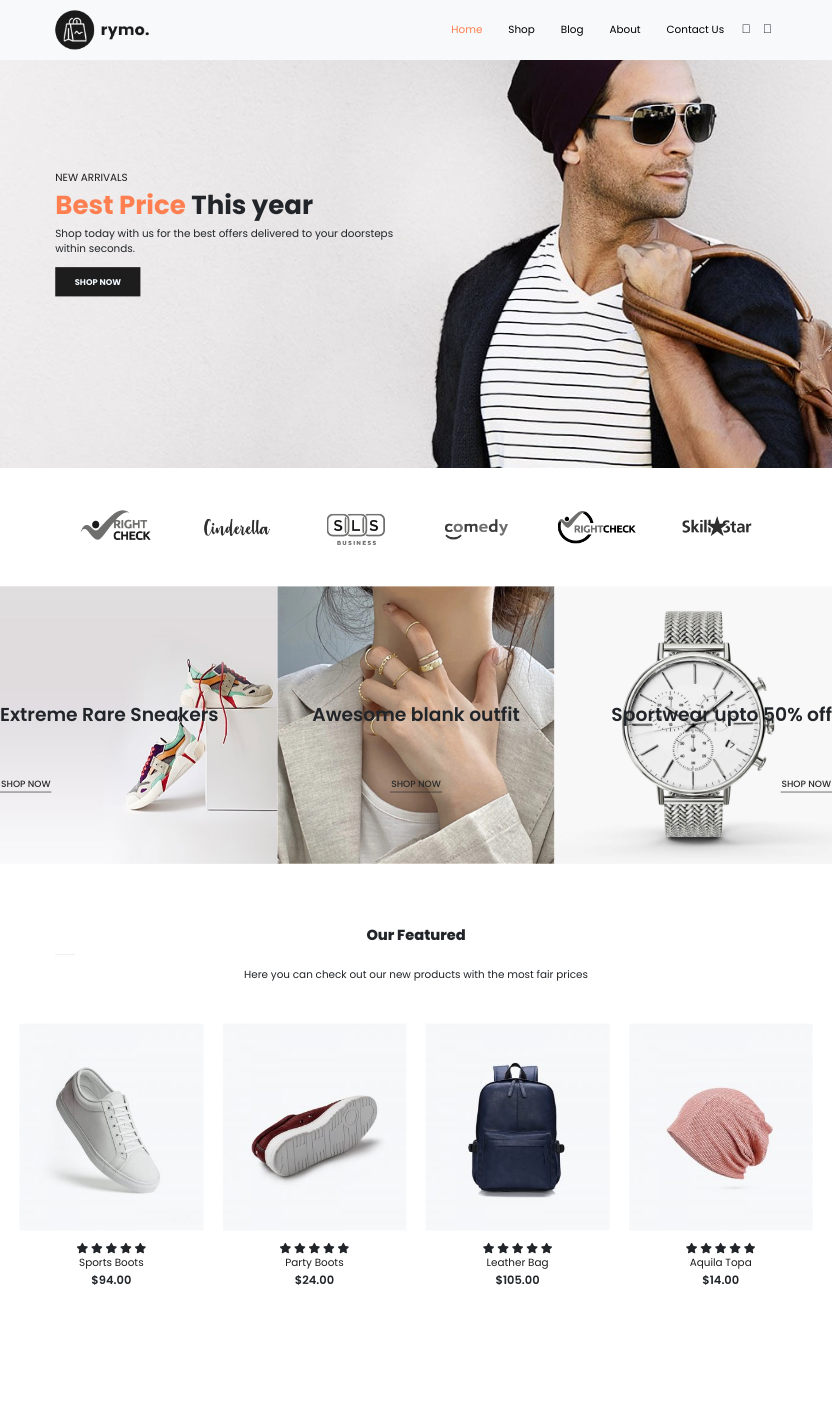
Repository: peter417waweru/e-commerce-UI
Page: index.html
These files come from the project's save history. The page is drawn as it stood at one moment and after the next save; the edit follows.
The browser window is 1280 px wide. The pictures show the whole page, at 65% of full size.
The pointer rests on the first visible `.product`.
Some web libraries are served in a nearby version.

Above is the page before, as saved 2025-02-07 23:25:26.

### index.html
<!DOCTYPE html>
<html lang="en">

    <head>
        <meta charset="UTF-8">
        <meta http-equiv="X-UA-Compatible" content="IE=edge">
        <meta name="viewport" content="width=device-width, initial-scale=1.0">
        <title>Ecommerce Website1</title>

        <link rel="stylesheet" href="https://cdn.jsdelivr.net/npm/bootstrap@4.1.3/dist/css/bootstrap.min.css"
         integrity="sha384-MCw98/SFnGE8fJT3GXwEOngsV7Zt27NXFoaoApmYm81iuXoPkFOJwJ8ERdknLPMO" crossorigin="anonymous">

        <link rel="stylesheet" href="https://pro.fontawesome.com/releases/v5.10.0/css/all.css" />

        <link rel="stylesheet" href="./style.css">
    </head>

    <body>

        <nav class="navbar navbar-expand-lg navbar-light bg-light py-3 fixed-top">
            <div class="container">
              <img src="img/logo1.png" alt="">
              <button class="navbar-toggler" type="button" data-bs-toggle="collapse" data-bs-target="#navbarSupportedContent" aria-controls="navbarSupportedContent" aria-expanded="false" aria-label="Toggle navigation">
                <span><i id="bar" class="fas fa-bars"></i></span>
              </button>
              <div class="collapse navbar-collapse" id="navbarSupportedContent">
                <ul class="navbar-nav ml-auto">
                  <li class="nav-item">
                    <a class="nav-link active" aria-current="page" href="#">Home</a>
                  </li>
                  <li class="nav-item">
                    <a class="nav-link" aria-current="page" href="#">Shop</a>
                  </li>
                  <li class="nav-item">
                    <a class="nav-link" aria-current="page" href="#">Blog</a>
                  </li>
                  <li class="nav-item">
                    <a class="nav-link" aria-current="page" href="#">About</a>
                  </li>
                  <li class="nav-item">
                    <a class="nav-link" aria-current="page" href="#">Contact Us</a>
                  </li>
                  <li class="nav-item">
                    <i class="fal fa-search"></i>
                    <i class="fal fa-shopping-bag"></i>
                  </li>


                </ul>

              </div>
            </div>
        </nav>


        <section id="home">
          <div class="container">
            <h5>NEW ARRIVALS</h5>
            <h1><span>Best Price</span> This year</h1>
            <p>Shop today with us for the best offers delivered to your doorsteps <br>
               within seconds.
            </p>
            <button>Shop Now</button>
          </div>
        </section>

        <section id="brand" class="container">
          <div class="row m-0 py-5">
            <img class="img-fluid col-lg-2 col-md-4 col-sm-6" src="img/brand/1.png" alt="">
            <img class="img-fluid col-lg-2 col-md-4 col-sm-6" src="img/brand/2.png" alt="">
            <img class="img-fluid col-lg-2 col-md-4 col-sm-6" src="img/brand/3.png" alt="">
            <img class="img-fluid col-lg-2 col-md-4 col-sm-6" src="img/brand/4.png" alt="">
            <img class="img-fluid col-lg-2 col-md-4 col-sm-6" src="img/brand/5.png" alt="">
            <img class="img-fluid col-lg-2 col-md-4 col-sm-6" src="img/brand/6.png" alt="">
          </div>
        </section>

        <section id="new" class="w-100">
          <div class="row p-0 m-0">
            <div class="one col-lg-4 col-md-12 col-sm-12 p-0">
              <img class="img-fluid" src="img/new/1.jpg" alt="">
              <div class="details">
                <h2>Extreme Rare Sneakers</h2>
                <button class="text-uppercase">shop now</button>
              </div>
            </div>
            <div class="one col-lg-4 col-md-12 col-sm-12 p-0">
              <img class="img-fluid" src="img/new/5.jpg" alt="">
              <div class="details">
                <h2>Awesome blank outfit</h2>
                <button class="text-uppercase">shop now</button>
              </div>
            </div>
            <div class="one col-lg-4 col-md-12 col-sm-12 p-0">
              <img class="img-fluid" src="img/new/3.jpg" alt="">
              <div class="details">
                <h2>Sportwear upto 50% off</h2>
                <button class="text-uppercase">shop now</button>
              </div>
            </div>
          </div>
        </section>

        <section id="featured" class="my-5 pb-5">
          <div class="container text-center mt-5 py-5">
            <h3>Our Featured</h3>
            <hr>
            <p>Here you can check out our new products with the most fair prices</p>
          </div>
          <div class="row mx-auto container-fluid">
            <div class="product text-center col-lg-3 col-md-4 col-12">
              <img class="img-fluid mb-3" src="img/featured/1.jpg" alt="">
              <div class="star">
                <i class="fas fa-star"></i>
                <i class="fas fa-star"></i>
                <i class="fas fa-star"></i>
                <i class="fas fa-star"></i>
                <i class="fas fa-star"></i>
              </div>
              <h5 class="p-name">Sports Boots</h5>
              <h4 class="p-price">$94.00</h4>
              <button class="buy-btn">Buy Now</button>
            </div>
            <div class="product text-center col-lg-3 col-md-4 col-12">
              <img class="img-fluid mb-3" src="img/featured/2.jpg" alt="">
              <div class="star">
                <i class="fas fa-star"></i>
                <i class="fas fa-star"></i>
                <i class="fas fa-star"></i>
                <i class="fas fa-star"></i>
                <i class="fas fa-star"></i>
              </div>
              <h5 class="p-name">Party Boots</h5>
              <h4 class="p-price">$24.00</h4>
              <button class="buy-btn">Buy Now</button>
            </div>
            <div class="product text-center col-lg-3 col-md-4 col-12">
              <img class="img-fluid mb-3" src="img/featured/3.jpg" alt="">
              <div class="star">
                <i class="fas fa-star"></i>
                <i class="fas fa-star"></i>
                <i class="fas fa-star"></i>
                <i class="fas fa-star"></i>
                <i class="fas fa-star"></i>
              </div>
              <h5 class="p-name">Leather Bag</h5>
              <h4 class="p-price">$105.00</h4>
              <button class="buy-btn">Buy Now</button>
            </div>
            <div class="product text-center col-lg-3 col-md-4 col-12">
              <img class="img-fluid mb-3" src="img/featured/4.jpg" alt="">
              <div class="star">
                <i class="fas fa-star"></i>
                <i class="fas fa-star"></i>
                <i class="fas fa-star"></i>
                <i class="fas fa-star"></i>
                <i class="fas fa-star"></i>
              </div>
              <h5 class="p-name">Aquila Topa</h5>
              <h4 class="p-price">$14.00</h4>
              <button class="buy-btn">Buy Now</button>
            </div>
          </div>
        </section>


        <script src="https://cdn.jsdelivr.net/npm/@popperjs/core@2.9.1/dist/umd/popper.min.js"
            integrity="sha384-SR1sx49pcuLnqZUnnPwx6FCym0wLsk5JZuNx2bPPENzswTNFaQU1RDvt3wT4gWFG"
            crossorigin="anonymous"></script>
        <script src="https://cdn.jsdelivr.net/npm/bootstrap@5.0.0-beta3/dist/js/bootstrap.min.js"
            integrity="sha384-j0CNLUeiqtyaRmlzUHCPZ+Gy5fQu0dQ6eZ/xAww941Ai1SxSY+0EQqNXNE6DZiVc"
            crossorigin="anonymous"></script>
    </body>

</html>

### style.css
@import url("https://fonts.googleapis.com/css2?family=Poppins:wght@100;200;300;400;500;600;700;800;900&display=swap");
* {
  margin: 0;
  padding: 0;
  box-sizing: border-box;
}

body {
  font-family: "Poppins", sans-serif;
}

h1 {
  font-size: 2.5rem;
  font-weight: 700;
}

h2 {
  font-size: 1.8rem;
  font-weight: 600;
}

h3 {
  font-size: 1.4rem;
  font-weight: 800;
}

h4 {
  font-size: 1.1rem;
  font-weight: 600;
}

h5 {
  font-size: 1rem;
  font-weight: 400;
  color: #1d1d1d;
}

h6 {
  color: #d8d8d8;
}

button {
  font-size: 0.8rem;
  font-weight: 700;
  outline: none;
  border: none;
  background-color: #1d1d1d;
  color: aliceblue;
  padding: 13px 30px;
  cursor: pointer;
  text-transform: uppercase;
  transition: 0.3s ease;
}

button:hover {
  background-color: #3a3833;
}

hr {
  width: 30px;
  height: 2px;

}

.navbar {
  font-size: 16px;
  background-color: #d8d8d8;
  top: 0;
  left: 0;
}

.navbar-light .navbar-nav .nav-link{
  padding: 0 20px;
  color: black;
  transition: 0.3s ease;
}

.navbar-light .navbar-nav .nav-link:hover,
.navbar i:hover,
.navbar-light .navbar-nav .nav-link.active,
.navbar i.active
{
  color: coral;
}



.navbar i{
  font-size: 1.2rem;
  padding: 0 7px;
  cursor: pointer;
  transition: 0.3s ease;
}

/* Mobile Nav*/


.navbar-light .navbar-toggler{
  border: none;
  outline: none;
}

#bar {
  font-size: 1.5rem;
  padding: 7px;
  cursor: pointer;
  font-weight: 500;
  color: black;
  transition: 0.3s ease;
}

#bar:hover,
#bar.active{
  color: #fff;
}

@media only screen and (max-width: 990px) {

  body > nav > div > button:hover ,
  body > nav > div > button:focus {
    background-color: #fb774b;
  }

  body > nav > div > button:hover #bar,
  body > nav > div > button:focus #bar {
    background-color: #fb774b;
  }

  #navbarSupportedContent > ul {
    margin: 1rem;
    justify-content: flex-end;
    align-items: flex-end;
    text-align: right;
  }

  #navbarSupportedContent > ul > li:nth-child(n) > a {
    padding: 10px 0;
  }
}


#home {
  background-image: url("img/back.jpg");
  width: 100%;
  height: 100vh;
  background-size: cover;
  background-position: top 70px center;
  display: flex;
  flex-direction: column;
  align-items: flex-start;
  justify-content: center;

}

#home span{
  color: coral;
}

#new .row .one img{
  width: 100%;
  height: 100%;
  background-position: center center;
  background-repeat: no-repeat;
  background-size: cover;
  position: relative;
}


#new .row .one .details{
  position: absolute;
  width: 100%;
  height: 100%;
  top: 0;
  left: 0;
  transition: 0.3s ease;
}

#new .row .one:hover .details{
  cursor: pointer;
  background-color: rgba(255, 178, 178, 0.8);
}

#new .row .one .details button{
 display: inline-block;
 font-size: 14px;
 font-weight: 500;
 color: #2a2a2a;
 background: none;
 text-transform: uppercase;
 border-bottom: 1px solid #2a2a2a;
 padding: 1.5px;
 transform: translateY(70px);
 transition: 0.3s ease;
}

#new .row .one .details button:hover{
  cursor: pointer;
  color: #fff;
  border-bottom: 1px solid #fff;
}

#new .row .one:nth-child(1) .details{
  display: flex;
  justify-content: center;
  flex-direction: column;
  align-items: flex-start;
  text-align: start;
}

#new .row .one:nth-child(2) .details{
  display: flex;
  justify-content: center;
  flex-direction: column;
  align-items: center;
  text-align: center;
}

#new .row .one:nth-child(3) .details{
  display: flex;
  justify-content: center;
  flex-direction: column;
  align-items: flex-end;
  text-align: end;
}

/*Products*/

.product {
  cursor: pointer;
  margin-bottom: 2rem;
}

.product img{
  transition: 0.3s all;
}

.product img:hover{
  opacity: 0.7;
}

.product .buy-btn{
  background: #fb774b;
  transform: translateY(20px);
  opacity: 0;
  transition: 0.3s all;
}
.product:hover{
  transform: translateY(0px);
  opacity: 1;
}

After the next save:
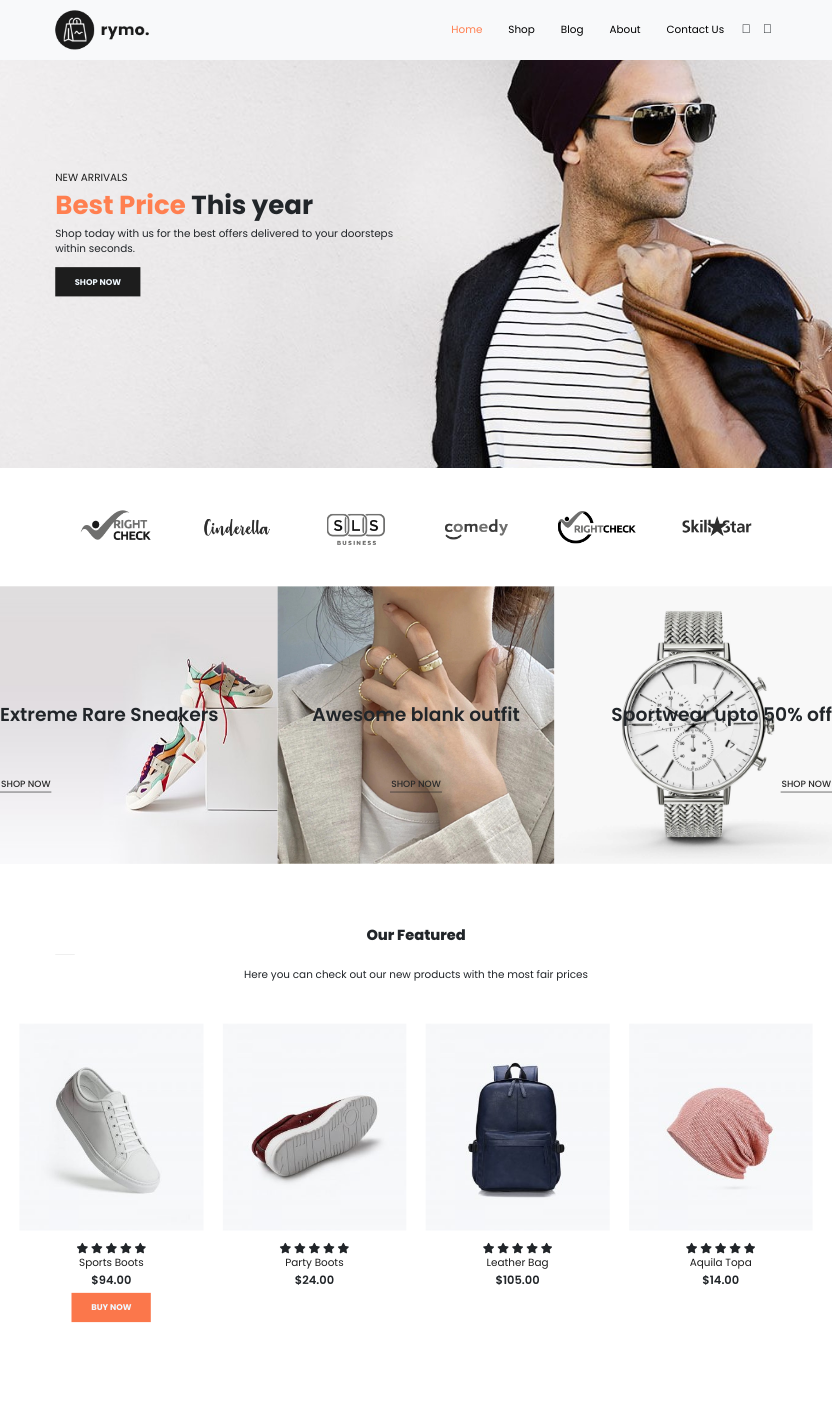
Saved 34 s later.
--- a/style.css
+++ b/style.css
@@ -244,7 +244,7 @@ hr {
   opacity: 0;
   transition: 0.3s all;
 }
-.product:hover{
+.product:hover .buy-btn{
   transform: translateY(0px);
   opacity: 1;
 }
